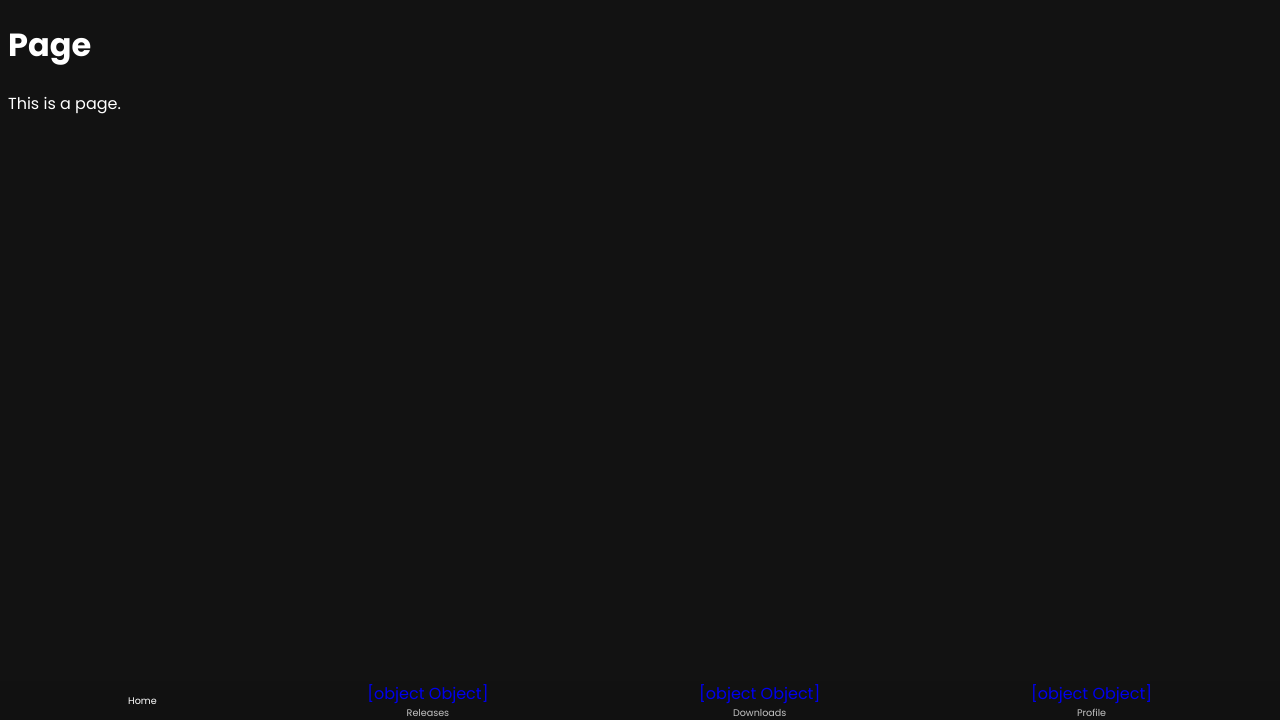
Repository: NubbDev/anime-frontend
Page: /
The author's editor kept a copy of each file at every save. The page is drawn from the files as they stood at one save, then again after the next save.
The browser window is 1280 px wide. The pictures show the whole page.
The project was rebuilt for these pictures with package versions that can differ from the ones it lists, and the page was loaded fresh each time. The framework's server and built-in components were replaced by stand-ins that run in the browser. Also part of the build but not shown: svelte.config.js, vite.config.js.

Above is the page before, as saved 2024-08-08 02:07:25.

### src/app.html
<!doctype html>
<html lang="en">
  <head>
    <meta charset="utf-8" />
    <link rel="icon" href="%sveltekit.assets%/favicon.png" />
    <link rel="stylesheet" href="%sveltekit.assets%/style/global.css" />
    <meta name="viewport" content="width=device-width, initial-scale=1" />
    <title>Tauri + SvelteKit + Typescript App</title>
    %sveltekit.head%
  </head>
  <body data-sveltekit-preload-data="hover">
    <div style="display: contents">%sveltekit.body%</div>
  </body>
</html>

### src/routes/+page.svelte
<script lang="ts">
  import NavBar from "../components/navigation/NavBar.svelte";
</script>

<main>
  <h1>Page</h1>
  <p>This is a page.</p>

</main>

<NavBar />

<style>

  main {

  }
</style>

### src/components/navigation/NavBar.svelte
<script lang="ts">
    import FilledHouse from '$lib/assets/icons/house-blank-filled.svg?component';
    import LinedHouse from '$lib/assets/icons/house-blank.svg?component';
    import FilledCalendar from '$lib/assets/icons/calendar-solid.svg?component';
    import LinedCalendar from '$lib/assets/icons/calendar-thin.svg?component';
    import FilledDownload from '$lib/assets/icons/inbox-in-filled.svg?component';
    import LinedDownload from '$lib/assets/icons/inbox-in.svg?component';
    import FilledProfile from '$lib/assets/icons/circle-user-filled.svg?component';
    import LineProfile from '$lib/assets/icons/circle-user.svg?component';
  import { onMount, SvelteComponent, type ComponentType } from 'svelte';
  import type { SVGAttributes } from 'svelte/elements';
    // assets/icons/house-blank.svg
    const navOptions: { name: string, href: string, selected: ComponentType<SvelteComponent<SVGAttributes<SVGSVGElement>, any, any>>, unSelected: ComponentType<SvelteComponent<SVGAttributes<SVGSVGElement>, any, any>> }[] = [
        {
            name: 'Home',
            href: '/',
            selected: FilledHouse,
            unSelected: LinedHouse
        },
        {
            name: 'Releases',
            href: '/releases',
            selected: FilledCalendar,
            unSelected: LinedCalendar

        },
        {
            name: 'Downloads',
            href: '/downloads',
            selected: FilledDownload,
            unSelected: LinedDownload
        },
        {
            name: 'Profile',
            href: '/profile',
            selected: FilledProfile,
            unSelected: LineProfile
        }
    ]

    let path: string;
    onMount(() => {
        path = '/' + window.location.pathname.split('/')[1];
    })
</script>

<nav>

    {#each navOptions as option}
        <a href={option.href}>
            {#if path === option.href}
                <!-- <img src={option.selected} alt="/" style="fill: white;">
                  -->
                <option.selected></option.selected>
                <span>{option.name}</span>
            {:else}
                {option.unSelected}
                <!-- <img src={option.unSelected} alt={option.name} > -->
                <span style="color: var(--icon-unselected);">{option.name}</span>
            {/if}
        </a>
    {/each}
</nav>

<style>
    nav {
        display: flex;
        justify-content: space-between;
        box-sizing: border-box;
        padding: 0 10vw;
        position: fixed;
        bottom: 0;
        left: 0;
        margin: 0;
        width: 100vw;
        background-color: rgba(18, 18, 18, 0.8);
        backdrop-filter: 16;
    }

    nav a img {
        width: 35px;
        height: 35px;
    }
    nav a span {
        color: white;
        font-size: 0.6rem;
        text-decoration: none;
    }
    nav a {
        display: flex;
        flex-direction: column;
        align-items: center;
        justify-content: center;
        text-decoration: none;
    }
</style>

### static/style/global.css
@import url('../font/font.css');

body {
    --background: #121212;
    --primary: #0084FF;
    --headings: #FFFFFF;
    --sub-text: rgba(255, 255, 255, 75%);
    --icon-unselected: rgba(255, 255, 255, 75%);

    background-color: var(--background);

    font-family: 'Poppins';
    color: var(--headings);

}

### static/font/font.css
@font-face {
    font-family: 'Poppins';
    src: url("./Poppins-Thin.ttf") format('truetype');
    font-display: swap;
    font-style: normal;
    font-weight: 100;
}

@font-face {
    font-family: 'Poppins';
    src: url("./Poppins-ThinItalic.ttf") format('truetype');
    font-display: swap;
    font-style: italic;
    font-weight: 100;
}

@font-face {
    font-family: 'Poppins';
    src: url("./Poppins-ExtraLight.ttf") format('truetype');
    font-display: swap;
    font-style: normal;
    font-weight: 200;
}

@font-face {
    font-family: 'Poppins';
    src: url("./Poppins-ExtraLightItalic.ttf") format('truetype');
    font-display: swap;
    font-style: italic;
    font-weight: 200;
}

@font-face {
    font-family: 'Poppins';
    src: url("./Poppins-Light.ttf") format('truetype');
    font-display: swap;
    font-style: normal;
    font-weight: 300;
}

@font-face {
    font-family: 'Poppins';
    src: url("./Poppins-LightItalic.ttf") format('truetype');
    font-display: swap;
    font-style: italic;
    font-weight: 300;
}

@font-face {
    font-family: 'Poppins';
    src: url("./Poppins-Regular.ttf") format('truetype');
    font-display: swap;
    font-style: normal;
    font-weight: 400;
}

@font-face {
    font-family: 'Poppins';
    src: url("./Poppins-Italic.ttf") format('truetype');
    font-display: swap;
    font-style: italic;
    font-weight: 400;
}

@font-face {
    font-family: 'Poppins';
    src: url("./Poppins-Medium.ttf") format('truetype');
    font-display: swap;
    font-style: normal;
    font-weight: 500;
}

@font-face {
    font-family: 'Poppins';
    src: url("./Poppins-MediumItalic.ttf") format('truetype');
    font-display: swap;
    font-style: italic;
    font-weight: 500;
}

@font-face {
    font-family: 'Poppins';
    src: url("./Poppins-SemiBold.ttf") format('truetype');
    font-display: swap;
    font-style: normal;
    font-weight: 600;
}

@font-face {
    font-family: 'Poppins';
    src: url("./Poppins-SemiBoldItalic.ttf") format('truetype');
    font-display: swap;
    font-style: italic;
    font-weight: 600;
}

@font-face {
    font-family: 'Poppins';
    src: url("./Poppins-Bold.ttf") format('truetype');
    font-display: swap;
    font-style: normal;
    font-weight: 700;
}

@font-face {
    font-family: 'Poppins';
    src: url("./Poppins-BoldItalic.ttf") format('truetype');
    font-display: swap;
    font-style: italic;
    font-weight: 700;
}

@font-face {
    font-family: 'Poppins';
    src: url("./Poppins-ExtraBold.ttf") format('truetype');
    font-display: swap;
    font-style: normal;
    font-weight: 800;
}

@font-face {
    font-family: 'Poppins';
    src: url("./Poppins-ExtraBoldItalic.ttf") format('truetype');
    font-display: swap;
    font-style: italic;
    font-weight: 800;
}

@font-face {
    font-family: 'Poppins';
    src: url("./Poppins-Black.ttf") format('truetype');
    font-display: swap;
    font-style: normal;
    font-weight: 900;
}

@font-face {
    font-family: 'Poppins';
    src: url("./Poppins-BlackItalic.ttf") format('truetype');
    font-display: swap;
    font-style: italic;
    font-weight: 900;
}

Loaded but not shown: src/routes/+layout.ts (common file)

After the next save:
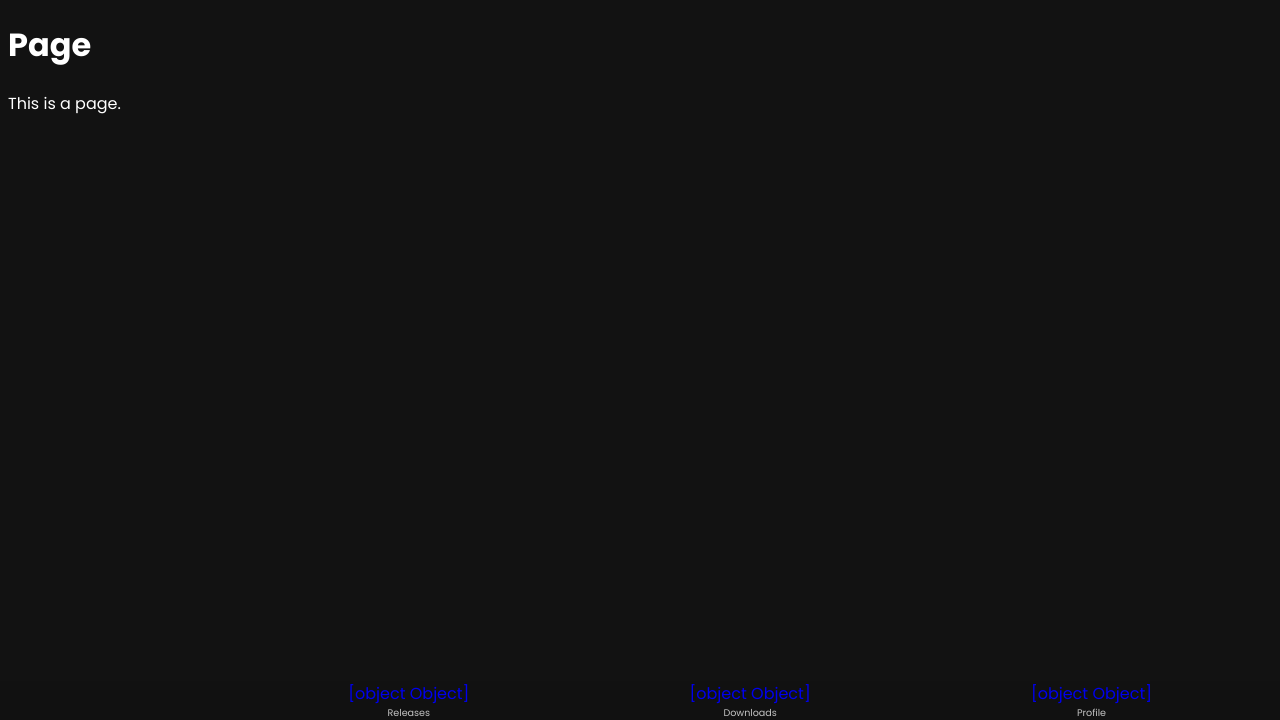
Console error: TypeError: component is not a constructor
Saved 90 s later.
--- a/src/components/navigation/NavBar.svelte
+++ b/src/components/navigation/NavBar.svelte
@@ -51,7 +51,7 @@
             {#if path === option.href}
                 <!-- <img src={option.selected} alt="/" style="fill: white;">
                   -->
-                <option.selected></option.selected>
+                <svelte:component this={option.selected} fill="white" />
                 <span>{option.name}</span>
             {:else}
                 {option.unSelected}
